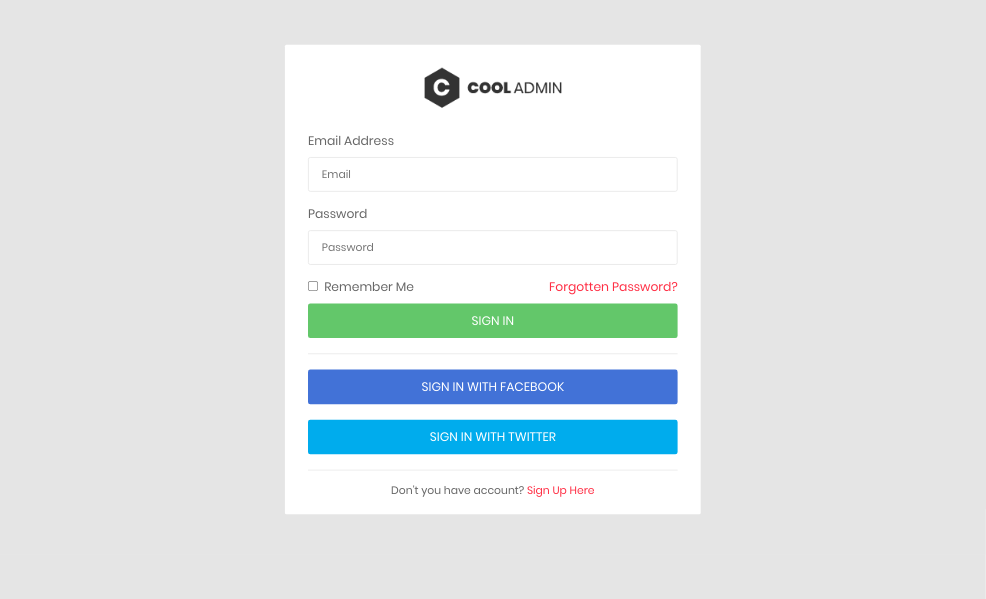
Repository: Julio-Sama/jacquis_system
Page: src/main/resources/templates/login.html
These files come from the project's save history. The page is drawn as it stood at one moment and after the next save; the edit follows.
The browser window is 1280 px wide. The pictures show the whole page, at 77% of full size.

Above is the page before, as saved 2023-09-18 06:55:31.

After the next save:
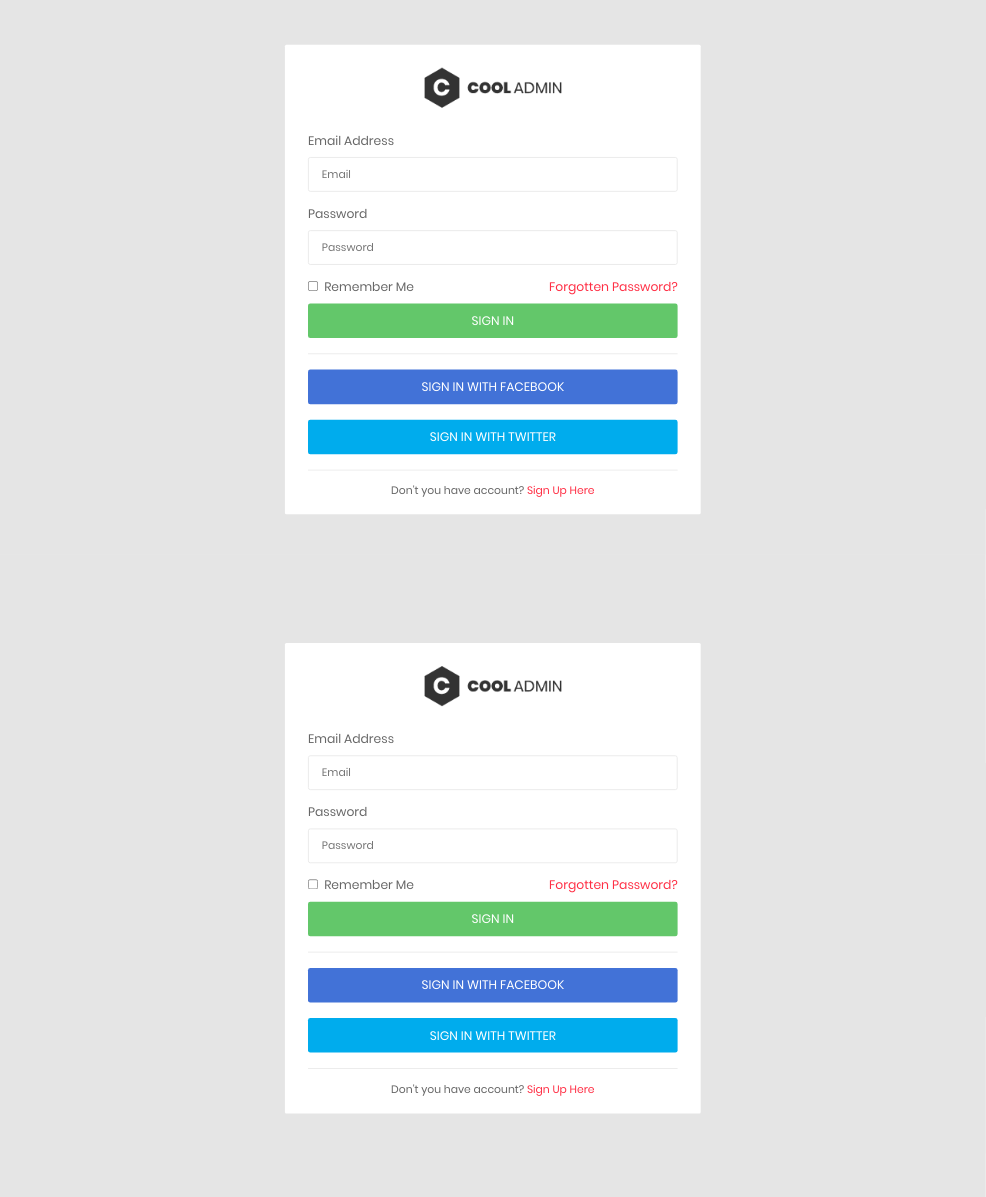
Saved 19 h 1 min later.
--- a/src/main/resources/templates/login.html
+++ b/src/main/resources/templates/login.html
@@ -1,5 +1,5 @@
 <!DOCTYPE html>
-<html lang="es">
+<html lang="es" xmlns:th="http://www.thymeleaf.org">
 
 <head>
     <!-- Required meta tags-->
@@ -114,3 +114,119 @@
 
 </html>
 <!-- end document-->
+<!DOCTYPE html>
+<html lang="es">
+
+<head>
+    <!-- Required meta tags-->
+    <meta charset="UTF-8">
+    <meta name="viewport" content="width=device-width, initial-scale=1, shrink-to-fit=no">
+    <meta name="description" content="au theme template">
+    <meta name="author" content="Hau Nguyen">
+    <meta name="keywords" content="au theme template">
+
+    <!-- Title Page-->
+    <title>Login</title>
+
+    <!-- Fontfaces CSS-->
+    <link href="../static/css/font-face.css" rel="stylesheet" media="all">
+    <link href="../static/vendor/font-awesome-4.7/css/font-awesome.min.css" rel="stylesheet" media="all">
+    <link href="../static/vendor/font-awesome-5/css/fontawesome-all.min.css" rel="stylesheet" media="all">
+    <link href="../static/vendor/mdi-font/css/material-design-iconic-font.min.css" rel="stylesheet" media="all">
+
+    <!-- Bootstrap CSS-->
+    <link href="../static/vendor/bootstrap-4.1/bootstrap.min.css" rel="stylesheet" media="all">
+
+    <!-- Vendor CSS-->
+    <link href="../static/vendor/animsition/animsition.min.css" rel="stylesheet" media="all">
+    <link href="../static/vendor/bootstrap-progressbar/bootstrap-progressbar-3.3.4.min.css" rel="stylesheet" media="all">
+    <link href="../static/vendor/wow/animate.css" rel="stylesheet" media="all">
+    <link href="../static/vendor/css-hamburgers/hamburgers.min.css" rel="stylesheet" media="all">
+    <link href="../static/vendor/slick/slick.css" rel="stylesheet" media="all">
+    <link href="../static/vendor/select2/select2.min.css" rel="stylesheet" media="all">
+    <link href="../static/vendor/perfect-scrollbar/perfect-scrollbar.css" rel="stylesheet" media="all">
+
+    <!-- Main CSS-->
+    <link href="../static/css/theme.css" rel="stylesheet" media="all">
+
+</head>
+
+<body class="animsition">
+    <div class="page-wrapper">
+        <div class="page-content--bge5">
+            <div class="container">
+                <div class="login-wrap">
+                    <div class="login-content">
+                        <div class="login-logo">
+                            <a href="#">
+                                <img src="../static/images/icon/logo.png" alt="CoolAdmin">
+                            </a>
+                        </div>
+                        <div class="login-form">
+                            <form action="" method="post">
+                                <div class="form-group">
+                                    <label>Email Address</label>
+                                    <input class="au-input au-input--full" type="email" name="email" placeholder="Email">
+                                </div>
+                                <div class="form-group">
+                                    <label>Password</label>
+                                    <input class="au-input au-input--full" type="password" name="password" placeholder="Password">
+                                </div>
+                                <div class="login-checkbox">
+                                    <label>
+                                        <input type="checkbox" name="remember">Remember Me
+                                    </label>
+                                    <label>
+                                        <a href="#">Forgotten Password?</a>
+                                    </label>
+                                </div>
+                                <button class="au-btn au-btn--block au-btn--green m-b-20" type="submit">sign in</button>
+                                <div class="social-login-content">
+                                    <div class="social-button">
+                                        <button class="au-btn au-btn--block au-btn--blue m-b-20">sign in with facebook</button>
+                                        <button class="au-btn au-btn--block au-btn--blue2">sign in with twitter</button>
+                                    </div>
+                                </div>
+                            </form>
+                            <div class="register-link">
+                                <p>
+                                    Don't you have account?
+                                    <a href="#">Sign Up Here</a>
+                                </p>
+                            </div>
+                        </div>
+                    </div>
+                </div>
+            </div>
+        </div>
+
+    </div>
+
+    <!-- Jquery JS-->
+    <script src="../static/vendor/jquery-3.2.1.min.js"></script>
+    <!-- Bootstrap JS-->
+    <script src="../static/vendor/bootstrap-4.1/popper.min.js"></script>
+    <script src="../static/vendor/bootstrap-4.1/bootstrap.min.js"></script>
+    <!-- Vendor JS       -->
+    <script src="../static/vendor/slick/slick.min.js">
+    </script>
+    <script src="../static/vendor/wow/wow.min.js"></script>
+    <script src="../static/vendor/animsition/animsition.min.js"></script>
+    <script src="../static/vendor/bootstrap-progressbar/bootstrap-progressbar.min.js">
+    </script>
+    <script src="../static/vendor/counter-up/jquery.waypoints.min.js"></script>
+    <script src="../static/vendor/counter-up/jquery.counterup.min.js">
+    </script>
+    <script src="../static/vendor/circle-progress/circle-progress.min.js"></script>
+    <script src="../static/vendor/perfect-scrollbar/perfect-scrollbar.js"></script>
+    <script src="../static/vendor/chartjs/Chart.bundle.min.js"></script>
+    <script src="../static/vendor/select2/select2.min.js">
+    </script>
+
+    <!-- Main JS-->
+    <script src="../static/js/main.js"></script>
+
+</body>
+
+</html>
+<!-- end document-->
